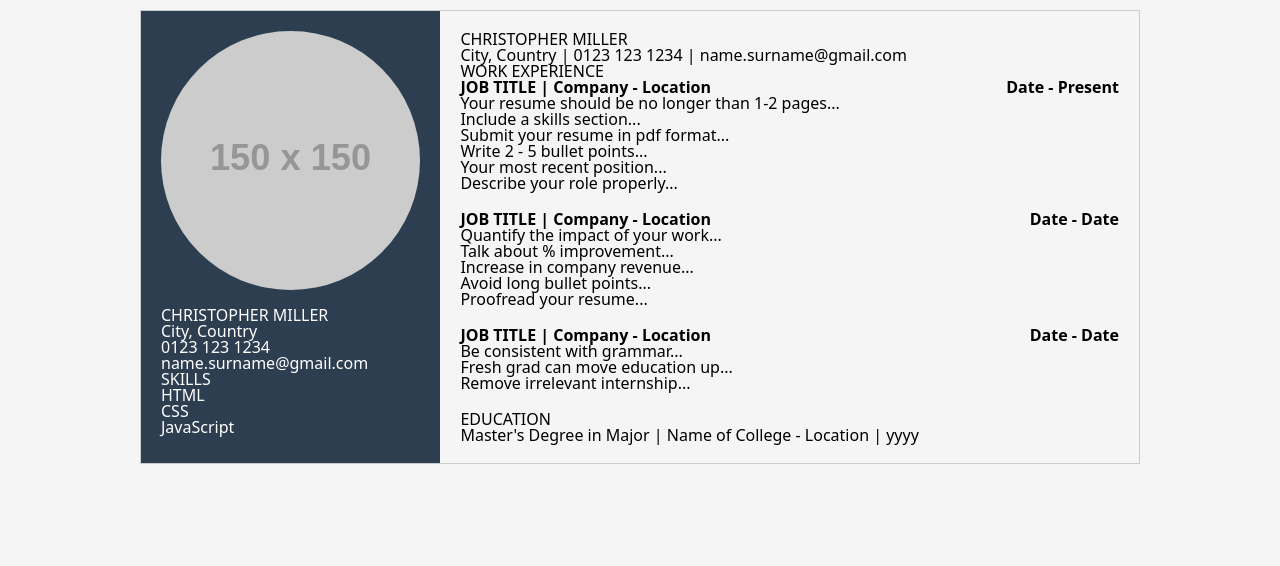
Repository: doanhieu0707/Homework-Day-5
Page: cv-flex.html
The author's editor kept a copy of each file at every save. The page is drawn from the files as they stood at one save, then again after the next save.
The browser window is 1280 px wide. The pictures show the whole page.

Above is the page before, as saved 2026-04-22 14:38:21.

### cv-flex.html
<!doctype html>
<html lang="en">
<head>
    <meta charset="UTF-8" />
    <meta name="viewport" content="width=device-width, initial-scale=1.0" />
    <link rel="stylesheet" href="./css/reset.css" />
    <link rel="stylesheet" href="./css/style.css" />
    <title>CV Flex</title>
</head>
<body>
    <div class="cv">
        <div class="container">

            <!-- SIDEBAR -->
            <div class="sidebar">
                <img src="https://via.placeholder.com/150" alt="avatar" />
                <h2>CHRISTOPHER MILLER</h2>
                <p>City, Country</p>
                <p>0123 123 1234</p>
                <p>name.surname@gmail.com</p>

                <h3>SKILLS</h3>
                <ul>
                    <li>HTML</li>
                    <li>CSS</li>
                    <li>JavaScript</li>
                </ul>
            </div>

            <!-- MAIN CONTENT -->
            <div class="infor">
                <div class="header">
                    <h1 class="heading-1">CHRISTOPHER MILLER</h1>
                    <p>
                        City, Country | 0123 123 1234 | name.surname@gmail.com
                    </p>
                </div>

                <div class="work">
                    <h2 class="heading-2">WORK EXPERIENCE</h2>
                </div>

                <div class="part">
                    <div class="title">
                        <span>JOB TITLE | Company - Location</span>
                        <span>Date - Present</span>
                    </div>
                    <ul>
                        <li>Your resume should be no longer than 1-2 pages...</li>
                        <li>Include a skills section...</li>
                        <li>Submit your resume in pdf format...</li>
                        <li>Write 2 - 5 bullet points...</li>
                        <li>Your most recent position...</li>
                        <li>Describe your role properly...</li>
                    </ul>
                </div>

                <div class="part">
                    <div class="title">
                        <span>JOB TITLE | Company - Location</span>
                        <span>Date - Date</span>
                    </div>
                    <ul>
                        <li>Quantify the impact of your work...</li>
                        <li>Talk about % improvement...</li>
                        <li>Increase in company revenue...</li>
                        <li>Avoid long bullet points...</li>
                        <li>Proofread your resume...</li>
                    </ul>
                </div>

                <div class="part">
                    <div class="title">
                        <span>JOB TITLE | Company - Location</span>
                        <span>Date - Date</span>
                    </div>
                    <ul>
                        <li>Be consistent with grammar...</li>
                        <li>Fresh grad can move education up...</li>
                        <li>Remove irrelevant internship...</li>
                    </ul>
                </div>

                <div class="footer">
                    <h2>EDUCATION</h2>
                    <p>
                        <span>Master's Degree in Major</span> |
                        Name of College - Location | yyyy
                    </p>
                </div>
            </div>

        </div>
    </div>
</body>
</html>

### css/style.css
* {
    box-sizing: border-box;
}

body {
    background-color: gray;
    font-family:
        system-ui,
        -apple-system,
        BlinkMacSystemFont,
        "Segoe UI",
        Roboto,
        Oxygen,
        Ubuntu,
        Cantarell,
        "Fira Sans",
        "Droid Sans",
        "Helvetica Neue",
        sans-serif;
}

.cv {
    max-width: 1000px;
    margin: 0 auto;
    border: 1px solid #ccc;
}

/* FLEX CONTAINER */
.container {
    display: flex;
}

/* SIDEBAR */
.sidebar {
    width: 30%;
    background: #2c3e50;
    color: white;
    padding: 20px;
}

.sidebar img {
    width: 100%;
    border-radius: 50%;
    margin-bottom: 15px;
}

/* MAIN CONTENT */
.infor {
    width: 70%;
    padding: 20px;
}

/* TITLE FLEX */
.title {
    display: flex;
    justify-content: space-between;
    font-weight: bold;
}

/* spacing */
.part {
    margin-bottom: 20px;
}

/* ===== Menu ===== */
.menu {
    display: flex;
    align-items: center;
    justify-content: center;
    padding: 0 45px;
    font-size: 0;
    background-color: #3e5cca;
}

.menu li {
    display: inline-block;
    position: relative;
}

.menu li::before {
    content: "";
    position: absolute;
    left: 0;
    top: 0;
    width: 1px;
    height: 100%;
    background-color: #2d4db7;
}

.menu li:first-child::before {
    display: none;
}

.menu li a {
    display: inline-block;
    color: white;
    font-size: 16px;
    padding: 21px;
    text-decoration: none;
}

.menu li a::before {
    content: "\25B6";
    margin-right: 6px;
    font-size: 10px;
}

.menu li:hover > a {
  background-color: #2d4db7;
  color: #fff;
}


.menu li a:focus,
.menu li a:target {
    background-color: blueviolet;
    color: red;
}

/* ===== Form ===== */
.form {
    max-width: 400px;
    padding: 25px;
    margin: 10px auto;
    border-radius: 20px;
    background-color: #fff;
}

.form-heading {
    margin-bottom: 32px;
    text-align: center;
    font-size: 24px;
    font-weight: bold;
    color: red;
}

.form-label {
    display: block;
    margin: 12px 0 4px;
    font-weight: 600;
    font-size: 12px;
}

/* .form-label::after {
    content: " *";
    color: red;
} */

.form-input {
    width: 100%;
    padding: 6px 8px;
    border: 1px solid gray;
    border-radius: 5px;
    outline: none;
}

.form-input:focus {
    border-color: blueviolet;
}

/* .form-input:invalid {
    border-color: red;
} */

.form-input:not(:placeholder-shown):invalid {
  border-color: red;
}

.form-label--required::after {
  content: " *";
  color: red;
}

.form:focus-within {
  box-shadow: 0 0 0 3px rgba(138, 43, 226, 0.2);
}

.avatar {
    width: 100px;
    height: 100px;
    cursor: pointer;
    border-radius: 50%;
}

.form-options label {
    display: block;
}

.form-footer {
    display: flex;
    margin-top: 28px;
    justify-content: space-between;
}

.btn {
    display: inline-block;
    padding: 6px 16px;
    border-radius: 5px;
    min-width: 100px;
    text-align: center;
    border: none;
    background: rgb(87, 142, 230);
    color: white;
    cursor: pointer;
}

.btn:hover {
    background: #3e5cca;
}

.btn:active {
    transform: scale(0.95);
}

/* =====  */
body {
    background: #f5f5f5;
    padding: 10px;
}

.pricing {
    display: flex;
    justify-content: center;
    gap: 30px;
}

.pricing-item {
    width: 260px;
    padding: 30px 20px;
    border-radius: 20px;
    background: linear-gradient(135deg,#3f2bff,#5f5bff);
    color: white;
    text-align: center;
    transition: 0.3s;
}

.pricing-item:hover {
    transform: translateY(-10px);
    box-shadow: 0 15px 30px rgba(0,0,0,0.2);
}

.pricing-item:nth-child(2) {
    transform: scale(1.05);
    box-shadow: 0 15px 30px rgba(0,0,0,0.3);
}

.pricing-title {
    font-size: 18px;
    margin-bottom: 10px;
}

.pricing-price {
    font-size: 32px;
    font-weight: bold;
    margin-bottom: 20px;
}

.pricing-list {
    list-style: none;
    text-align: left;
    margin-bottom: 20px;
}

.pricing-list li {
    margin: 10px 0;
    padding-left: 20px;
    position: relative;
}

.pricing-list li::before {
    content: "✓";
    position: absolute;
    left: 0;
    color: #fff;
}

.btn {
    padding: 10px 20px;
    border-radius: 8px;
    border: none;
    background: #fff;
    color: #333;
    cursor: pointer;
}

.btn:hover {
    background: #eee;
}

/* ===== Blog ===== */
.blog{
    max-width:800px;
    margin:0 auto;
    background:white;
    padding:30px;
    border-radius:10px;
}

.blog h1{
    font-size:28px;
    margin-bottom:20px;
    font-weight: 600;
}

.blog h2,
.blog h3{
    margin:20px 0 10px;
}

.blog :not(h1):is(h2, h3) {
  color: #3e5cca;
}

.blog img{
    width:100%;
    height:300px;
    object-fit:cover;
    border-radius:8px;
    margin:20px 0;
}

.blog p{
    margin-bottom:16px;
}

.blog > p:first-of-type::first-letter{
    font-size:50px;
    font-weight:bold;
    float:left;
    margin-right:8px;
    line-height:1;
    color:#3e5cca;
}

.blog p::first-line{
    font-weight:bold;
}

::selection{
    background:#3e5cca;
    color:white;
}

blockquote{
    margin:20px 0;
    padding:10px 20px;
    border-left:4px solid #3e5cca;
    font-style:italic;
    position:relative;
    background:#f9f9f9;
}

blockquote::before{
    content:"“";
    font-size:40px;
    position:absolute;
    left:5px;
    top:-10px;
    color:#3e5cca;
}

.comments{
    margin-top:40px;
}

.comment{
    padding:15px;
    margin:10px 0;
    border-radius:8px;
    transition:0.3s;
}

.comment:nth-of-type(odd){
    background:#f9f9f9;
}

.comment:nth-of-type(even){
    background:#ececec;
}

.comment:hover{
    background:#e3e9ff;
    transform:translateX(5px);
}

.comment-author{
    font-weight:bold;
    margin-bottom:5px;
}

Loaded but not shown: css/reset.css (common file)

After the next save:
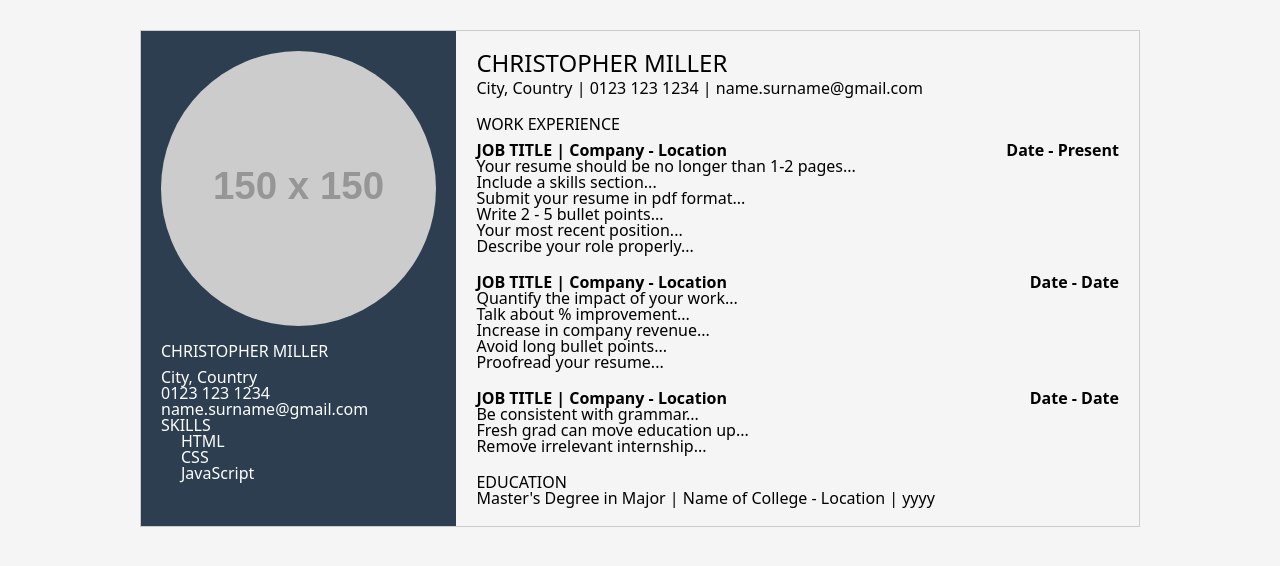
Saved 22 s later.
--- a/css/style.css
+++ b/css/style.css
@@ -19,20 +19,21 @@ body {
         sans-serif;
 }
 
+/* MAIN CV */
 .cv {
     max-width: 1000px;
-    margin: 0 auto;
+    margin: 20px auto;
     border: 1px solid #ccc;
 }
 
-/* FLEX CONTAINER */
+/* FLEX LAYOUT */
 .container {
     display: flex;
 }
 
 /* SIDEBAR */
 .sidebar {
-    width: 30%;
+    flex: 3;
     background: #2c3e50;
     color: white;
     padding: 20px;
@@ -44,22 +45,50 @@ body {
     margin-bottom: 15px;
 }
 
+.sidebar h2 {
+    margin-bottom: 10px;
+}
+
+.sidebar ul {
+    padding-left: 20px;
+}
+
 /* MAIN CONTENT */
 .infor {
-    width: 70%;
+    flex: 7;
     padding: 20px;
 }
 
-/* TITLE FLEX */
+/* HEADER */
+.header {
+    margin-bottom: 20px;
+}
+
+.heading-1 {
+    font-size: 24px;
+    margin-bottom: 5px;
+}
+
+/* SECTION */
+.heading-2 {
+    margin-bottom: 10px;
+}
+
+/* JOB TITLE */
 .title {
     display: flex;
     justify-content: space-between;
     font-weight: bold;
 }
 
-/* spacing */
+/* SPACING */
 .part {
     margin-bottom: 20px;
+}
+
+/* FOOTER */
+.footer {
+    margin-top: 20px;
 }
 
 /* ===== Menu ===== */
